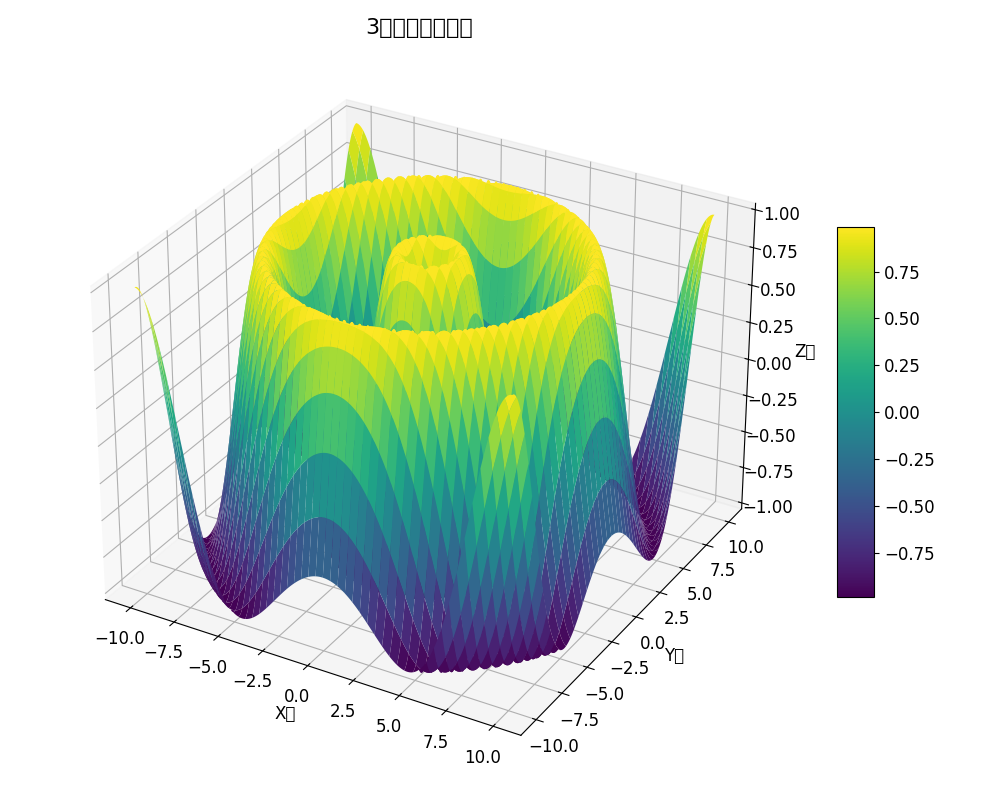
Repository: gouyamada/draw_surface
Script's output: python src/draw_surface.py
An editor plug-in stored every save of this project. The script's output is shown before and after the next save, followed by the edit.
Random numbers start from a fixed seed.

Above is the script's output before, as saved 2025-07-28 15:45:23.

### src/draw_surface.py
# pylint: disable=invalid-name
"""
3次元曲面を描画するスクリプト
"""
from typing import cast
import numpy as np
import matplotlib.pyplot as plt
from mpl_toolkits.mplot3d import Axes3D  # type: ignore


plt.rcParams["font.family"] = "Meiryo"
plt.rcParams["font.size"] = 12


def surface_setting(x, y):
    """
    描画する曲面の関数を定義する関数
    """
    z = np.sin(np.sqrt(x**2 + y**2))
    return z


def draw_surface():
    """
    3次元曲面を描画する関数
    """
    fig = plt.figure(figsize=(10, 8))
    ax = cast(Axes3D, fig.add_subplot(111, projection="3d"))

    # x, y の範囲を設定する
    x = np.linspace(-10, 10, 1000)
    y = np.linspace(-10, 10, 1000)
    X, Y = np.meshgrid(x, y)
    Z = surface_setting(X, Y)

    # 曲面を描画する
    surf = ax.plot_surface(X, Y, Z, cmap="viridis", edgecolor="none")
    ax.set_title("3次元曲面の描画", fontsize=16)
    ax.set_xlabel("X軸")
    ax.set_ylabel("Y軸")
    ax.set_zlabel("Z軸")

    # 曲面の色を設定する
    fig.colorbar(surf, shrink=0.5, aspect=10)
    plt.tight_layout()
    plt.show()


def main():
    """
    メイン関数
    """
    draw_surface()


if __name__ == "__main__":
    main()

After the next save:
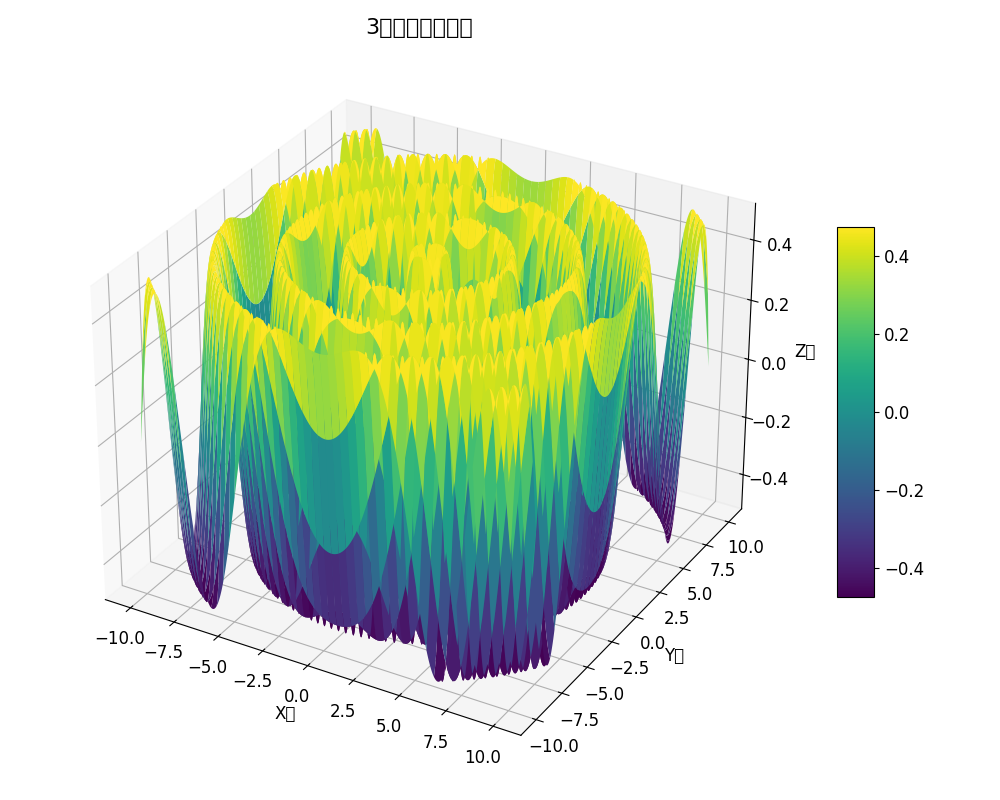
Saved 32 s later.
--- a/src/draw_surface.py
+++ b/src/draw_surface.py
@@ -16,7 +16,7 @@ def surface_setting(x, y):
     """
     描画する曲面の関数を定義する関数
     """
-    z = np.sin(np.sqrt(x**2 + y**2))
+    z = np.sin(np.sqrt(x**2 + y**2)) * np.cos(np.sqrt(x**2 + y**2))
     return z
 
 
